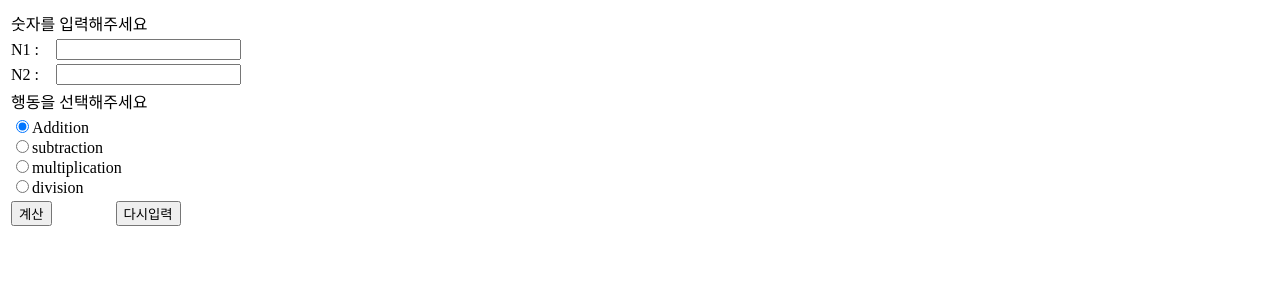
Repository: HyeogDo/Study_Java
Page: http://localhost/JSP/Quiz_08.jsp
These files come from the project's save history. The page is drawn as it stood at one moment and after the next save; the edit follows.
The browser window is 1280 px wide. The pictures show the whole page.
The page is served by Tomcat 9.

Above is the page before, as saved 2022-03-16 07:56:28.

After the next save:
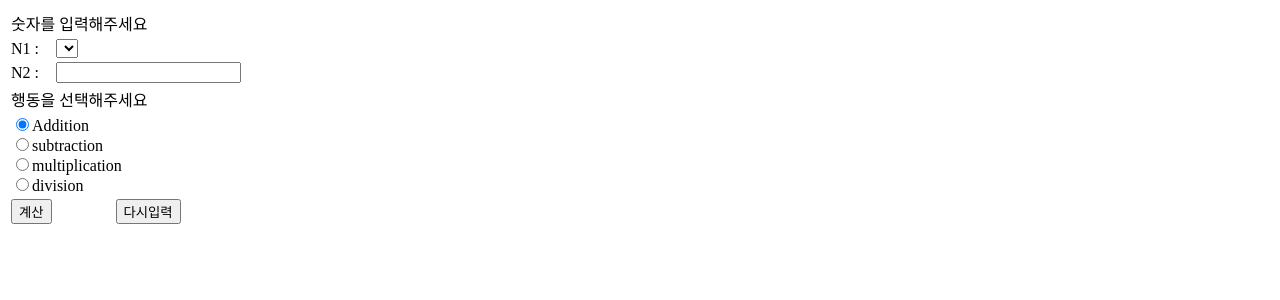
Saved 72 s later.
--- a/JSP/JSP/src/main/webapp/Quiz_08.jsp
+++ b/JSP/JSP/src/main/webapp/Quiz_08.jsp
@@ -14,7 +14,11 @@
 				</tr>
 				<tr>
 					<td>N1 : </td>
-					<td><input type="text" name="num1" ></td>
+					<td>
+						<select name="num1">
+							<option>
+						</select>
+					</td>
 				</tr>
 				<tr>
 					<td>N2 : </td>
